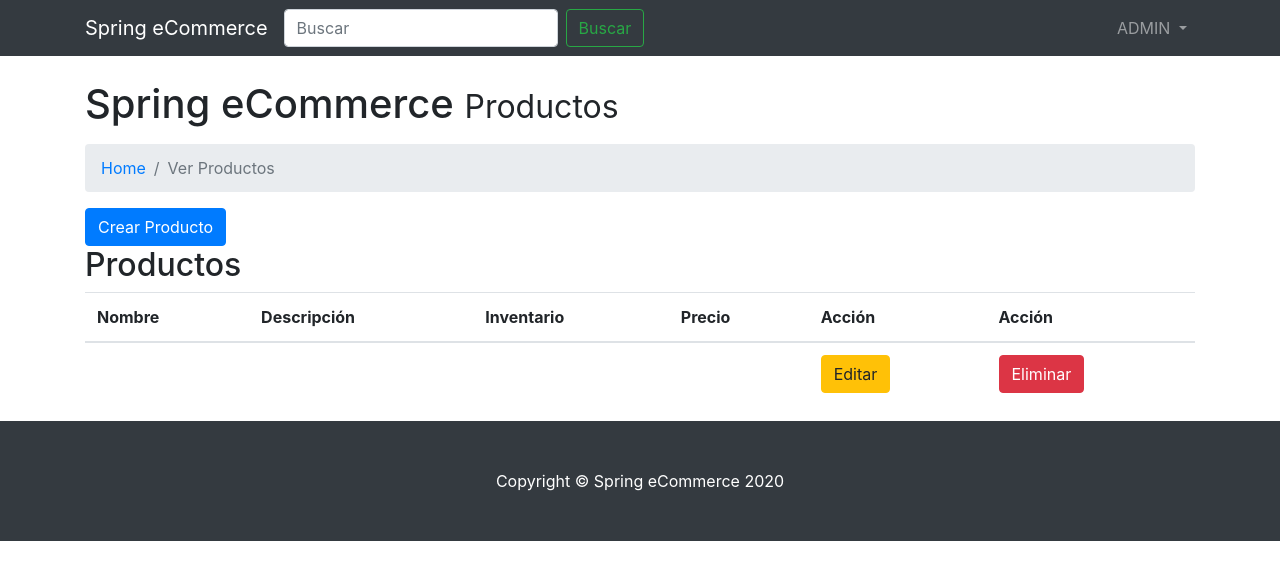
Repository: alexpool1122/Caso_Final_Laboratorio
Page: http://localhost/habitaciones
These files come from the project's save history. The page is drawn as it stood at one moment and after the next save; the edit follows.
The browser window is 1280 px wide. The pictures show the whole page.
The page is this project's Thymeleaf template; nobody is signed in. Other server files are loaded and not shown. The template is opened directly, without the code that normally fills it, so the values that code supplies are empty.

Above is the page before, as saved 2023-11-23 09:17:18.

### CasoFinal/src/main/resources/templates/habitaciones.html
<!DOCTYPE html>
<html xmlns="http://www.w3.org/1999/xhtml" xmlns:th="http://www.thymeleaf.org">

<head>
	<meta charset="utf-8">
	<meta name="viewport" content="width=device-width, initial-scale=1, shrink-to-fit=no">
	<meta name="description" content="">
	<meta name="author" content="">
	<title>Habitaciones</title>

	<link th:href="@{vendor/bootstrap/css/bootstrap.min.css}" rel="stylesheet">

	<link th:href="@{css/heroic-features.css}" rel="stylesheet">

</head>

<body>

	<!-- Navigation -->
	<nav class="navbar navbar-expand-lg navbar-dark bg-dark fixed-top">
		<div class="container">
			<a class="navbar-brand" href="#">Spring eCommerce</a>

			<form class="form-inline my-2 my-lg-0" method="post" action="#">
				<input class="form-control mr-sm-2" type="search" placeholder="Buscar" aria-label="Search" name="nombre"
					autocomplete="off">
				<button class="btn btn-outline-success my-2 my-sm-0" type="submit">Buscar</button>
			</form>


			<button class="navbar-toggler" type="button" data-toggle="collapse" data-target="#navbarResponsive"
				aria-controls="navbarResponsive" aria-expanded="false" aria-label="Toggle navigation">
				<span class="navbar-toggler-icon"></span>
			</button>
			<div class="collapse navbar-collapse" id="navbarResponsive">
				<ul class="navbar-nav ml-auto">
					<li class="nav-item dropdown"><a class="nav-link dropdown-toggle" href="#"
							id="navbarDropdownMenuLink" role="button" data-toggle="dropdown" aria-haspopup="true"
							aria-expanded="false"> ADMIN </a>
						<div class="dropdown-menu" aria-labelledby="navbarDropdownMenuLink">
							<a class="dropdown-item" href="#">Productos</a> <a class="dropdown-item"
								href="#">Ordenes</a> <a class="dropdown-item" href="#">Usuarios</a> <a
								class="dropdown-item" href="#">Salir</a>
						</div>
					</li>
				</ul>
			</div>
		</div>
	</nav>

	<!-- Page Content -->
	<div class="container">


		<!-- Page Heading/Breadcrumbs -->
		<h1 class="mt-4 mb-3">
			Spring eCommerce <small>Productos</small>
		</h1>

		<ol class="breadcrumb">
			<li class="breadcrumb-item"><a href="index.html">Home</a></li>
			<li class="breadcrumb-item active">Ver Productos</li>
		</ol>

		<a class="btn btn-primary" href="#"> Crear Producto</a>
		<h2>Productos</h2>
		<table class="table">
			<thead>
				<tr>
					<th scope="col">Nombre</th>
					<th scope="col">Descripción</th>
					<th scope="col">Inventario</th>
					<th scope="col">Precio</th>
					<th scope="col">Acción</th>
					<th scope="col">Acción</th>
				</tr>
			</thead>
			<tbody>
				<tr>
					<td></td>
					<td></td>
					<td></td>
					<td></td>
					<td><a class="btn btn-warning" href="">Editar</a> </td>
					<td><a class="btn btn-danger" href="">Eliminar</a> </td>
				</tr>
			</tbody>
		</table>

	</div>
	<!-- /.container -->

	<!-- Footer -->
	<footer class="py-5 bg-dark">
		<div class="container">
			<p class="m-0 text-center text-white">Copyright &copy; Spring eCommerce 2020</p>
		</div>
		<!-- /.container -->
	</footer>

	<script th:src="@{vendor/jquery/jquery.min.js}"></script>
    <script th:src="@{vendor/bootstrap/js/bootstrap.bundle.min.js}"></script>
</body>

</html>

### CasoFinal/src/main/resources/templates/templado_header_footer.html
<!DOCTYPE html>
<html xmlns="http://www.w3.org/1999/xhtml" xmlns:th="http://www.thymeleaf.org">

<head>
	<meta charset="utf-8">
	<meta name="viewport" content="width=device-width, initial-scale=1, shrink-to-fit=no">
	<meta name="description" content="">
	<meta name="author" content="">
	<title>Reservas</title>

	<link th:href="@{vendor/bootstrap/css/bootstrap.min.css}" rel="stylesheet">

	<link th:href="@{css/heroic-features.css}" rel="stylesheet">

</head>

<body>

	<div th:fragment="header">
		<nav class="navbar navbar-expand-lg navbar-dark bg-dark fixed-top">
			<div class="container">
				<a class="navbar-brand" href="#">Spring eCommerce</a>

				<form class="form-inline my-2 my-lg-0" method="post" action="#">
					<input class="form-control mr-sm-2" type="search" placeholder="Buscar" aria-label="Search"
						name="nombre" autocomplete="off">
					<button class="btn btn-outline-success my-2 my-sm-0" type="submit">Buscar</button>
				</form>


				<button class="navbar-toggler" type="button" data-toggle="collapse" data-target="#navbarResponsive"
					aria-controls="navbarResponsive" aria-expanded="false" aria-label="Toggle navigation">
					<span class="navbar-toggler-icon"></span>
				</button>
				<div class="collapse navbar-collapse" id="navbarResponsive">
					<ul class="navbar-nav ml-auto">
						<li class="nav-item"><a class="nav-link" href="carrito.html">Carrito</a></li>
						<li class="nav-item"><a class="nav-link" href="login.html">Login</a></li>
					</ul>
				</div>
			</div>
		</nav>
	</div>

	<div th:fragment="footer">
		<footer class="py-5 bg-dark">
			<div class="container">
				<p class="m-0 text-center text-white">Copyright &copy; Spring eCommerce 2021</p>
			</div>

		</footer>
	</div>
	<script th:src="@{vendor/jquery/jquery.min.js}"></script>
	<script th:src="@{vendor/bootstrap/js/bootstrap.bundle.min.js}"></script>

</body>

</html>

Loaded but not shown: CasoFinal/src/main/resources/static/css/heroic-features.css (common file)

After the next save:
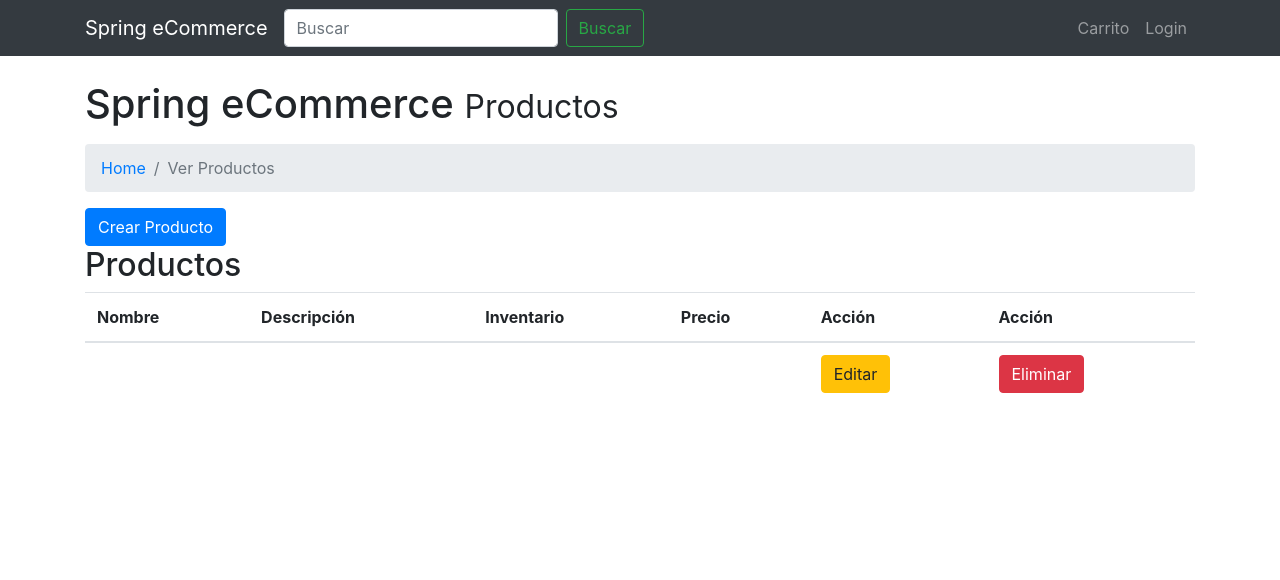
Saved 25 s later.
--- a/CasoFinal/src/main/resources/templates/habitaciones.html
+++ b/CasoFinal/src/main/resources/templates/habitaciones.html
@@ -90,13 +90,8 @@
 	</div>
 	<!-- /.container -->
 
-	<!-- Footer -->
-	<footer class="py-5 bg-dark">
-		<div class="container">
-			<p class="m-0 text-center text-white">Copyright &copy; Spring eCommerce 2020</p>
-		</div>
-		<!-- /.container -->
-	</footer>
+	  <div th:include="templado_header_footer.html::header"></div>
+
 
 	<script th:src="@{vendor/jquery/jquery.min.js}"></script>
     <script th:src="@{vendor/bootstrap/js/bootstrap.bundle.min.js}"></script>

After the 2 saves that followed:
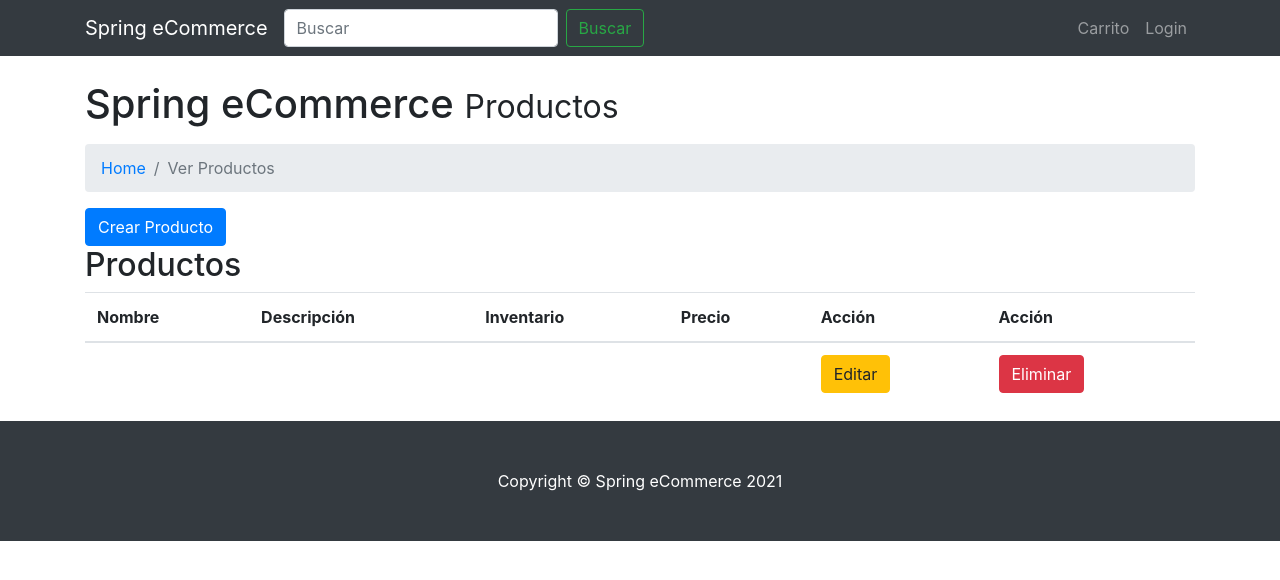
The 2 saves are shown as one change because they came seconds apart.
The last was saved 31 s later.
--- a/CasoFinal/src/main/resources/templates/habitaciones.html
+++ b/CasoFinal/src/main/resources/templates/habitaciones.html
@@ -16,37 +16,7 @@
 
 <body>
 
-	<!-- Navigation -->
-	<nav class="navbar navbar-expand-lg navbar-dark bg-dark fixed-top">
-		<div class="container">
-			<a class="navbar-brand" href="#">Spring eCommerce</a>
-
-			<form class="form-inline my-2 my-lg-0" method="post" action="#">
-				<input class="form-control mr-sm-2" type="search" placeholder="Buscar" aria-label="Search" name="nombre"
-					autocomplete="off">
-				<button class="btn btn-outline-success my-2 my-sm-0" type="submit">Buscar</button>
-			</form>
-
-
-			<button class="navbar-toggler" type="button" data-toggle="collapse" data-target="#navbarResponsive"
-				aria-controls="navbarResponsive" aria-expanded="false" aria-label="Toggle navigation">
-				<span class="navbar-toggler-icon"></span>
-			</button>
-			<div class="collapse navbar-collapse" id="navbarResponsive">
-				<ul class="navbar-nav ml-auto">
-					<li class="nav-item dropdown"><a class="nav-link dropdown-toggle" href="#"
-							id="navbarDropdownMenuLink" role="button" data-toggle="dropdown" aria-haspopup="true"
-							aria-expanded="false"> ADMIN </a>
-						<div class="dropdown-menu" aria-labelledby="navbarDropdownMenuLink">
-							<a class="dropdown-item" href="#">Productos</a> <a class="dropdown-item"
-								href="#">Ordenes</a> <a class="dropdown-item" href="#">Usuarios</a> <a
-								class="dropdown-item" href="#">Salir</a>
-						</div>
-					</li>
-				</ul>
-			</div>
-		</div>
-	</nav>
+	<div th:include="templado_header_footer.html::header"></div>
 
 	<!-- Page Content -->
 	<div class="container">
@@ -90,11 +60,11 @@
 	</div>
 	<!-- /.container -->
 
-	  <div th:include="templado_header_footer.html::header"></div>
+	<div th:include="templado_header_footer.html::footer"></div>
 
 
 	<script th:src="@{vendor/jquery/jquery.min.js}"></script>
-    <script th:src="@{vendor/bootstrap/js/bootstrap.bundle.min.js}"></script>
+	<script th:src="@{vendor/bootstrap/js/bootstrap.bundle.min.js}"></script>
 </body>
 
 </html>
